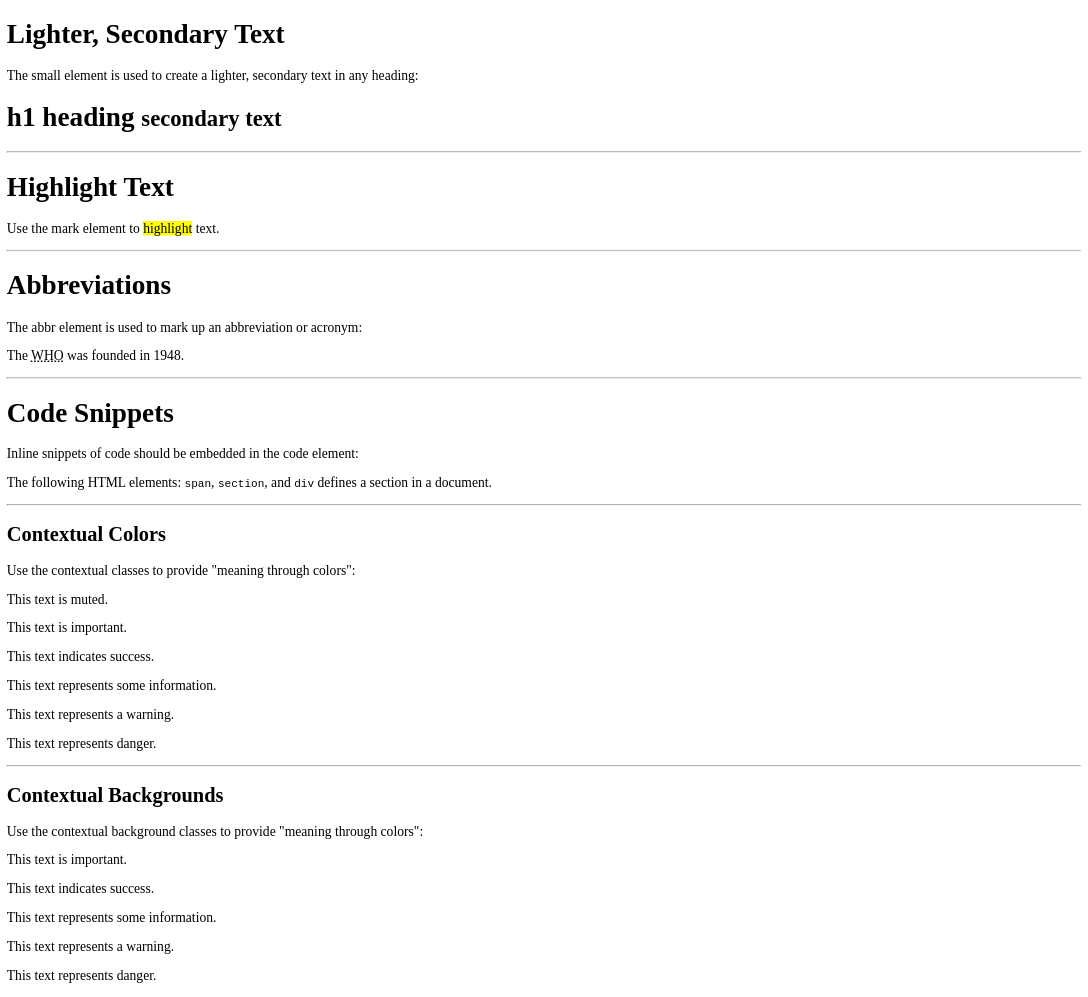
Repository: Sonalitanika/Assigment_IT17048842
Page: Lab09/WebContent/index.html
The author's editor kept a copy of each file at every save. The page is drawn from the files as they stood at one save, then again after the next save.
The browser window is 1280 px wide. The pictures show the whole page, at 85% of full size.

Above is the page before, as saved 2019-05-25 14:22:01.

### Lab09/WebContent/index.html
<!DOCTYPE html>
<html>
<head>
<meta charset="utf-8">
<title>Insert title here</title>
<script src="js/jquery.js" type="text/javascript"></script>
</head>
<body>

 <div class="row">
<h1>Lighter, Secondary Text</h1>
 <p>The small element is used to create a lighter,
secondary text in any heading:</p>
 <h1>h1 heading <small>secondary
text</small></h1> </div> <hr>

<div class="row">
<h1>Highlight Text</h1>
 <p>Use the mark element to
<mark>highlight</mark> text.</p>
 </div>
 <hr>

 <div class="row">
<h1>Abbreviations</h1>
 <p>The abbr element is used to mark up an
abbreviation or acronym:</p>
 <p>The <abbr title="World Health
Organization">WHO</abbr> was founded in
1948.</p> </div>
<hr>

<div class="row">
<h1>Code Snippets</h1>
 <p>Inline snippets of code should be embedded in
the code element:</p>
 <p>The following HTML elements:
<code>span</code>, <code>section</code>, and
<code>div</code> defines a section in
a document.</p> </div> <hr>

<div class="container">
 <h2>Contextual Colors</h2>
 <p>Use the contextual classes to provide "meaning through colors":</p>
 <p class="text-muted">This text is muted.</p>
 <p class="text-primary">This text is important.</p>
 <p class="text-success">This text indicates success.</p>
 <p class="text-info">This text represents some information.</p>
 <p class="text-warning">This text represents a warning.</p>
 <p class="text-danger">This text represents danger.</p>
</div>
<hr>

<div class="container">
 <h2>Contextual Backgrounds</h2>
 <p>Use the contextual background classes to provide "meaning through colors":</p>
 <p class="bg-primary">This text is important.</p>
 <p class="bg-success">This text indicates success.</p>
 <p class="bg-info">This text represents some information.</p>
 <p class="bg-warning">This text represents a warning.</p>
 <p class="bg-danger">This text represents danger.</p>
</div>
</body>
</html>

Loaded but not shown: Lab09/WebContent/js/jquery.js (library)

After the next save:
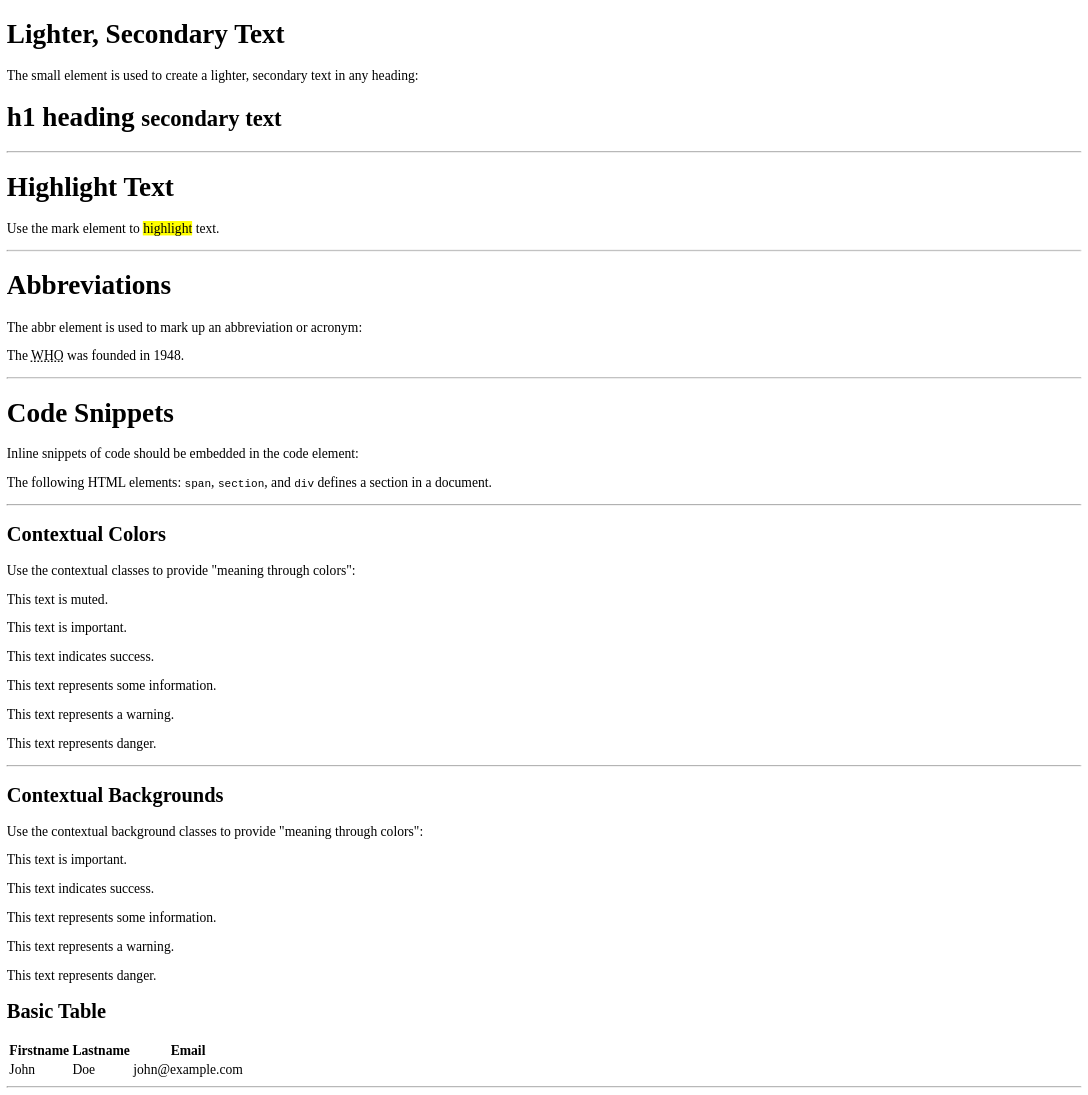
Saved 2 min 18 s later.
--- a/Lab09/WebContent/index.html
+++ b/Lab09/WebContent/index.html
@@ -60,5 +60,26 @@ a document.</p> </div> <hr>
  <p class="bg-warning">This text represents a warning.</p>
  <p class="bg-danger">This text represents danger.</p>
 </div>
+
+<div class="container">
+ <h2>Basic Table</h2>
+ <table class="table">
+ <thead>
+ <tr>
+ <th>Firstname</th>
+ <th>Lastname</th>
+ <th>Email</th>
+ </tr>
+ </thead>
+ <tbody>
+ <tr>
+ <td>John</td>
+ <td>Doe</td>
+ <td>john@example.com</td>
+ </tr>
+ </tbody>
+ </table>
+</div>
+<hr>
 </body>
 </html>
